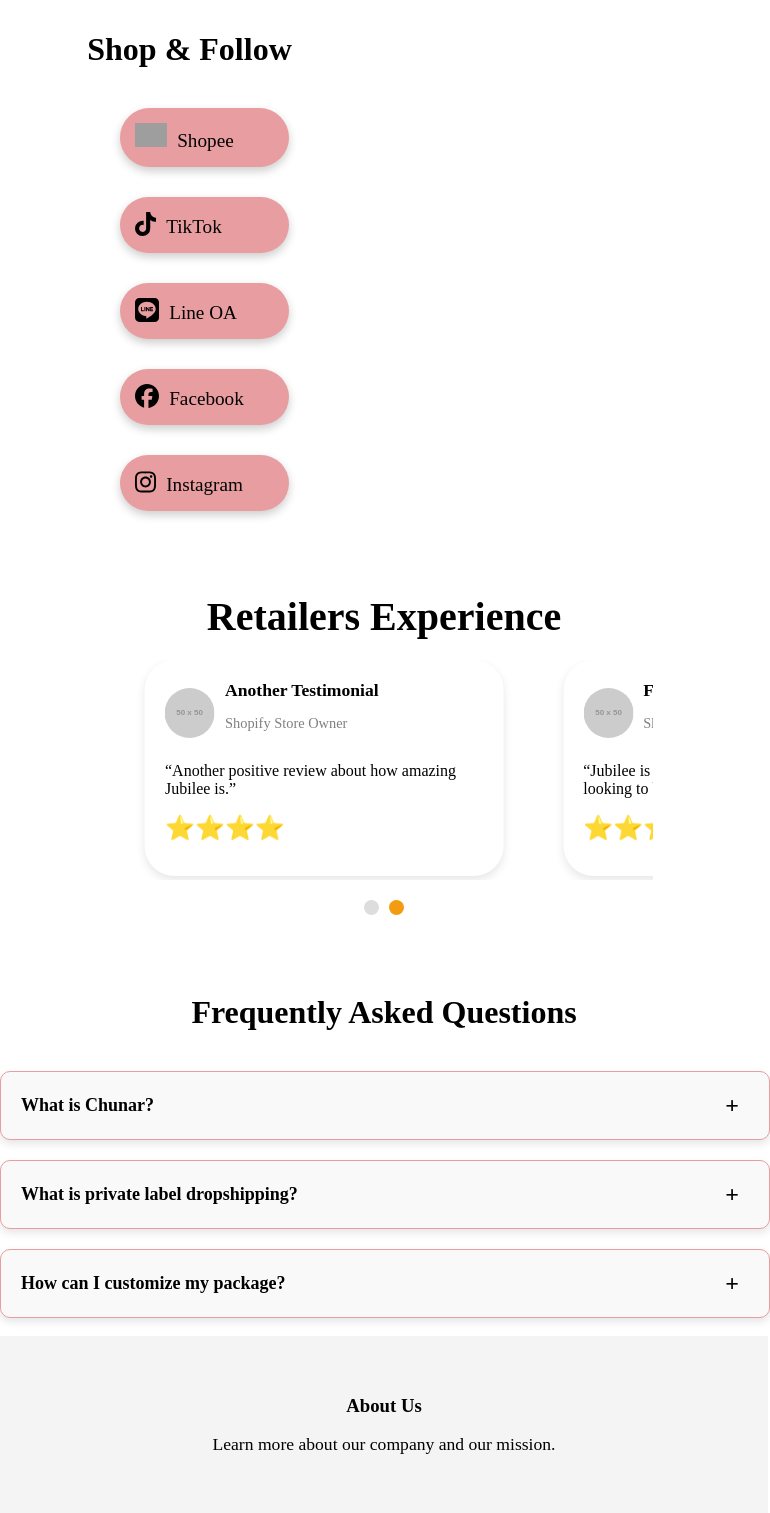
Repository: Nn-Exe/chunar-ecommerce
Page: / (app in ecommerce-frontend/)
The author's editor kept a copy of each file at every save. The page is drawn from the files as they stood at one save, then again after the next save.
The browser window is 768 px wide. The page is 770 px wide, so the pictures cover 770 px, including what lies to the right of the window. The pictures show the part of the page from y = 1637 to 3150 px (the page is 3150 px tall).
Pictures or frames that could not be fetched are drawn as grey boxes. The page's requests for data from a server got no answer. The project was rebuilt for these pictures with package versions that can differ from the ones it lists, and the page was loaded fresh each time. No one was signed in, and anything a server would have sent is missing.

Above is the page before, as saved 2024-09-12 17:57:46.

### ecommerce-frontend/public/index.html
<!DOCTYPE html>
<html lang="en">
  <head>

    <!-- <meta name="viewport" content="width=device-width, initial-scale=1, shrink-to-fit=no"> -->
    <meta charset="utf-8" />
    <link rel="icon" href="%PUBLIC_URL%/favicon.ico" />
    <meta name="viewport" content="width=device-width, initial-scale=1" />
    <meta name="theme-color" content="#000000" />
    <meta
      name="description"
      content="Web site created using create-react-app"
    />
    <link rel="apple-touch-icon" href="%PUBLIC_URL%/logo192.png" />
    <!--
      manifest.json provides metadata used when your web app is installed on a
      user's mobile device or desktop. See https://developers.google.com/web/fundamentals/web-app-manifest/
    -->
    <link rel="manifest" href="%PUBLIC_URL%/manifest.json" />
    <!--
      Notice the use of %PUBLIC_URL% in the tags above.
      It will be replaced with the URL of the `public` folder during the build.
      Only files inside the `public` folder can be referenced from the HTML.

      Unlike "/favicon.ico" or "favicon.ico", "%PUBLIC_URL%/favicon.ico" will
      work correctly both with client-side routing and a non-root public URL.
      Learn how to configure a non-root public URL by running `npm run build`.
    -->
    <title>React App</title>
  </head>
  <body>
    <noscript>You need to enable JavaScript to run this app.</noscript>
    <div id="root"></div>
    <!--
      This HTML file is a template.
      If you open it directly in the browser, you will see an empty page.

      You can add webfonts, meta tags, or analytics to this file.
      The build step will place the bundled scripts into the <body> tag.

      To begin the development, run `npm start` or `yarn start`.
      To create a production bundle, use `npm run build` or `yarn build`.
    -->
  </body>
</html>

### ecommerce-frontend/src/App.js
import React, { useState, useEffect } from 'react';
import './App.css';
import { BrowserRouter as Router, Route, Routes } from 'react-router-dom';  // Importing React Router
import Navbar from './components/Navbar';  // Correct way to import default export
import HeroSection from './components/HeroSection';  // Correct way to import default export
import ProductList from './components/ProductList';  // Correct way to import default export
import Faq from './components/Faq';  // Import the Faq component from the components folder
import TestimonialCarousel from './components/TestimonialCarousel';
import VideoGridAndSocial from './components/VideoGridAndSocial';


// Home page component (the default view)
function Home({ products }) {
  return (
    <div className="home-page">
      {/* Hero Section */}
      <div className="hero-container">
        <HeroSection />
      </div>

      {/* Featured Products Section */}
      <section className="products-section">
        <div className="section-header">
          <h2>Featured Products</h2>
        </div>

        <div className="product-grid">
          <ProductList products={products} />
        </div>
      </section>

      <br />

      {/* FAQ Section */}

      <VideoGridAndSocial/>
      <TestimonialCarousel />
      <Faq />  {/* Using the imported Faq component */}

      {/* Add more sections here */}

      <br />

      <section className="about-section">
        <div className="about-content">
          <h3>About Us</h3>
          <p>Learn more about our company and our mission.</p>
        </div>
      </section>
    </div>
  );
}


function Contacts() {
  return <h2>Contacts Page</h2>;
}

// function SocialMedia() {
//   // External link can be opened using an anchor tag, so no need for a separate page.
//   window.location.href = "https://linktr.ee/chunar.co";  // Redirect to external social media page
//   return null;
// }

function App() {
  const [products, setProducts] = useState([]);

  useEffect(() => {
    fetch('http://localhost:5000/api/products')
      .then((response) => response.json())
      .then((data) => setProducts(data))
      .catch((error) => console.error('Error fetching products:', error));
  }, []);

  return (
    <Router>
      <div className="App">
        <header className="App-header">
          <h1>Chunar.Co</h1>
          <Navbar />
        </header>

        <Routes>
          {/* Home page route */}
          <Route path="/" element={<Home products={products} />} />

          {/* Other pages */}
          {/* <Route path="/SocialMedia" element={<SocialMedia />} /> */}
          <Route path="/contacts" element={<Contacts />} />

          {/* Redirect to external social media link
          <Route path="/social-media" element={<SocialMedia />} /> */}
        </Routes>
      </div>
    </Router>
  );
}

export default App;

### ecommerce-frontend/src/App.css
/* Global for entire app */

* {
  font-family: 'Times New Roman', Times, serif;
}



/* .border-pink-pastel {
  --border: #f9a8d4;
} */


/* ------------- Main Structure ------------ */

.App-header {
  background-color: white;
  color: black;
  padding: 20px;
  text-align: center;
}

nav ul {
  list-style-type: none;
  padding: 0;
  margin: 0;
  display: flex;
  justify-content: center;
  gap: 20px;
}

nav ul li a {
  color: black;
  text-decoration: none;
  font-size: 16px;
}

.hero {
  position: relative;
  text-align: center;
}

.hero-banner {
  width: 100%;
  height: 700px;
  object-fit: cover;
}

.hero-text {
  position: absolute;
  top: 50%;
  left: 50%;
  transform: translate(-50%, -50%);
  color: white;
  font-size: 24px;
  font-weight: bold;
}

.products {
  padding: 40px;
  text-align: center;
}

.product-list {
  display: grid;
  grid-template-columns: repeat(5, 1fr);
  gap: 20px;
}

.product-card {
  border: 1px solid #ddd;
  padding: 20px;
  text-align: center;
  transition: transform 0.3s;
  border-radius: 20px;
  border-color: #e89ea1;
}

.product-card img {
  max-width: 100%;
  height: auto;
  margin-bottom: 10px;
}

.product-card:hover {
  transform: scale(1.05);
}


.product-card img {
  width: 200px;
  height: 200px;
  object-fit: cover;   /* Ensures the image covers the given area */
  border-radius: 10px; /* Optional: adds rounded corners */
}



/* ----------- Home Div -------------- */

/* App.css */

.home-page {
  display: flex;
  flex-direction: column;
  align-items: center;
}

/* Hero Section */
.hero-container {
  width: 100%;
  margin-bottom: 20px;
}

/* Products Section */
.products-section {
  width: 80%;
  margin: 0 auto;
}

.section-header h2 {
  text-align: center;
  font-size: 2rem;
  margin-bottom: 20px;
}

/* About Section */
.about-section {
  background-color: #f4f4f4;
  padding: 40px;
  width: -webkit-fill-available;
  text-align: center;
}

.about-section h3 {
  margin-bottom: 10px;
}

.about-section p {
  font-size: 1.1rem;
}


/* ----------- FAQ Section ---------------- */


/* Center the FAQ section */
.faq-section {
  max-width: 800px; /* Set a larger max-width for the entire FAQ section */
  width: 100%;      /* Ensure it takes up 100% of the available width */
  margin: 0 auto;   /* Center the FAQ section on the page */
  text-align: center;
}

/* Style the header separately */
.faq-section h2 {
  font-size: 32px;
  margin-bottom: 40px;
}

/* Grid layout for the FAQ items (excluding the header) */
.faq-items {
  display: grid;
  grid-template-columns: 1fr; /* One column layout */
  gap: 20px; /* Space between the FAQ items */
}

/* Style each FAQ item */
.faq-item {
  border: 1px solid #ddd;
  border-radius: 10px;
  width: 100%; /* Make the FAQ item take up 100% of the container */
  background-color: #f9f9f9;
  box-shadow: 0 4px 8px rgba(0, 0, 0, 0.1);
  transition: transform 0.5s ease-in-out, background-color 330ms ease-in-out, box-shadow 330ms ease-in-out;
  overflow: hidden; /* Ensure content is hidden initially */
  border-color: #e89ea1;
}

/* Box hover effect */
.faq-item:hover {
  box-shadow: 0 6px 12px rgba(0, 0, 0, 0.1);
  background-color: #f1f1f1;
}

/* Active FAQ item */
.faq-item.active {
  background-color: #ececec;
}

/* Style the FAQ question (clickable area) */
.faq-question {
  padding: 20px;
  cursor: pointer;
  display: flex;
  justify-content: space-between;
  align-items: center;
  font-weight: bold;
  font-size: 18px;
  width: 100%; /* Full width for the question area */
  box-sizing: border-box;
}

/* Style the FAQ answer */
.faq-answer {
  padding: 0 20px;
  overflow: hidden;
  max-height: 0;
  opacity: 0;
  transition: max-height 0.5s ease, opacity 0.5s ease;
  width: 100%; /* Full width for the answer area */
  box-sizing: border-box;
}

/* When the FAQ item is active, show the answer with a smooth transition */
.faq-item.active .faq-answer {
  max-height: 500px;
  opacity: 1;
  padding-bottom: 20px;
}

/* Style the icon for toggling */
.icon {
  font-size: 24px;
  font-weight: bold;
  transition: transform 0.3s ease;
}

.faq-item.active .icon {
  transform: rotate(45deg);
}

/* -----------  TestimonialCarousel ------------- */


/* Style for the testimonial section */
.testimonial-section {
  text-align: center;
  /* max-width: 800px; */
  margin: 0 auto;
  padding: 50px 0;
  padding-bottom: 3rem;
  padding-top: 3rem;
  width: 70%
}

.testimonial-section h2 {
  font-size: 2.5rem;
  margin-bottom: 20px;
}

/* Carousel container */
.carousel {
  display: flex;
  overflow: hidden;
  max-width: 100%; /* Ensure full width */
  margin: 0 auto;
}

.carousel-inner {
  display: flex;
  transition: transform 0.5s ease-in-out;
  width: calc(200% * 2); /* Width for two testimonials per slide */
}

/* Each card wrapper for two cards per slide */
.testimonial-card-wrapper {
  display: flex;
  flex: 0 0 50%; /* Each card takes 50% of the slide width */
  box-sizing: border-box;
  padding: 0 10px;
}

/* Testimonial card styling */
.testimonial-card {
  background-color: #fff;
  padding: 20px;
  border-radius: 30px;
  box-shadow: 0 4px 10px rgba(0, 0, 0, 0.1);
  text-align: left;
  margin: 0 auto;
  width: 80%;
  height: 80%;
  position: center;
  border-color: #e89ea1;
}

.profile {
  display: flex;
  align-items: center;
}

.profile img {
  border-radius: 50%;
  margin-right: 10px;
}

.profile-details h4 {
  font-size: 1.1rem;
  margin: 0;
}

.profile-details p {
  font-size: 0.9rem;
  color: gray;
}

.stars {
  font-size: 1.5rem;
  color: #f39c12;
  margin-top: 10px;
}

/* Navigation dots */
.dots {
  margin-top: 20px;
}

.dot {
  height: 15px;
  width: 15px;
  margin: 0 5px;
  background-color: #ddd;
  border-radius: 50%;
  display: inline-block;
  cursor: pointer;
}

.active {
  background-color: #f39c12;
}


/* --------------- VideoGrid -------------------- */

/* Container for the grid layout */
.grid-container {
  display: grid;
  grid-template-columns: 1.5fr 1fr 1fr 1fr; /* Large video, two small videos, social media */
  gap: 20px;
  max-width: 1000px; /* Increased max-width to accommodate 3 sections */
  margin: 0 auto;
}

/* Large video on the left */
.large-item {
  position: relative;
}

/* Small videos next to the large video */
.small-items {
  display: flex;
  flex-direction: column;
  gap: 20px;
  justify-content: space-between;
}

.small-item {
  position: relative;
}

.grid-video {
  width: 100%;
  border-radius: 10px;
  box-shadow: 0 4px 8px rgb(255, 255, 255);
}

.large-item .grid-video {
  aspect-ratio: 9 / 16; /* 9:16 aspect ratio for the large video */
}

.small-item .grid-video {
  aspect-ratio: 3 / 4; /* 3:4 aspect ratio for the small videos */
}

/* Social Media links styling */
.social-media {
  display: flex;
  flex-direction: column;
  justify-content: center;
  align-items: center;
}

.social-media h1 {
  margin-bottom: 20px;
}

.links-container {
  display: flex;
  flex-direction: column;
  gap: 20px;
}

.link-block {
  display: flex;
  align-items: center;
  justify-content: center;
  padding: 15px;
  width: 80%;
  background-color: #e89ea1;
  color: black;
  font-size: 1.2rem;
  text-decoration: none;
  border-radius: 30px;
  box-shadow: 0 4px 10px rgba(0, 0, 0, 0.2);
  transition: background-color 0.3s, transform 0.3s;
}

.link-block:hover {
  background-color: #f06d73;
  transform: scale(1.02);
}

.icon-image {
  margin-right: 10px;
  height: 24px;
}

.icon {
  margin-right: 10px;
  font-size: 24px;
}

/* --------------- Mobile ---------------------------- */

@media (max-width: 768px) {
  /* Mobile Styles */

  .App-header {
    background-color: white;
    color: black;
    padding: 10px;
    text-align: center;
    width: 100%; /* Ensure the header takes up the full width */
    box-sizing: border-box; /* Ensure padding doesn't affect width */
    margin: 0 auto; /* Center the content inside */
  }

  nav ul {
    flex-direction: row; /* Stack items vertically on mobile */
    gap: 10px;
  }

  nav ul li a {
    font-size: 12px; /* Reduce font size for mobile */
  }

  .hero-banner {
    height: 150px; /* Reduce the height for mobile */
    object-fit: cover; /* Ensures the image scales properly */
  }
  .products {
    padding: 20px; /* Maintain smaller padding for mobile */
  }

  .product-list {
    grid-template-columns: repeat(2, 1fr); /* 2 products per row on mobile */
    gap: 15px;
  }

  .product-card {
    min-height: 240px; /* Reduced min-height to make the cards more compact */
    padding: 10px; /* Slightly reduced padding */
    box-sizing: border-box; /* Ensure padding is included in the total size */
    display: flex;
    flex-direction: column;
    justify-content: space-between; /* Ensures content is aligned properly */
  }

  .product-card img {
    height: 100px; /* Reduced image height to fit within the smaller product card */
    width: auto;
    object-fit: cover; /* Maintain aspect ratio */
  }

  .product-card p {
    margin-top: 8px; /* Slightly reduced margin */
    word-wrap: break-word; /* Ensure long text wraps correctly */
  }

  /* Adjust the layout to two columns for large video and image */
  .grid-container {
    display: grid;
    grid-template-columns: 1fr 1fr; /* Two columns: large video on the left, image on the right */
    gap: 10px;
    max-width: 100%; /* Full width for mobile */
    margin: 0 auto;
  }

  /* Large video on the left */
  .large-item {
    grid-column: 1 / 2;
    display: flex; /* Apply flexbox */
    justify-content: center; /* Center horizontally */
    align-items: center; /* Center vertically */
    padding-left: 5px;
    transform: scale(1.02); /* Increase size by 5% */
  }

  .image-item img[alt="Image 1"] {
    display: none; /* Hide the image with alt="Image 1" */
  }

  /* Image on the right, next to large video */
  .image-item {
    grid-column: 2 / 3;
    display: flex;
    justify-content: center;
    align-items: center;
  }

  .image-item img {
    width: 85%; /* Ensure the image takes up the full column */
    height: auto; /* Keep aspect ratio */
    object-fit: cover;
  }

  /* Small videos paired with social media links below */
  .small-items {
    grid-column: 1 / -1; /* Span across both columns */
    display: grid;
    grid-template-columns: 1fr 1fr; /* Two columns: small video and social media link */
    gap: 10px;
    margin-top: 20px;
    justify-content: center; /* Center horizontally */
    align-items: center; /* Center vertically */
    padding-left: 5px;
    padding-right: 5px;
  }

  .small-item {
    display: flex;
    justify-content: center;
    align-items: center;
  }

  .small-item .grid-video {
    height: auto; /* Automatically adjusts the height based on the aspect ratio */
    width: 100%; /* Take up the full width of the container */
    aspect-ratio: 3 / 4; /* Maintain the 3:4 aspect ratio */
  }


  .link-block {
    grid-column: unset; /* Remove it from the grid columns */
    grid-row: unset; /* Remove it from the grid rows */
    display: block; /* Ensure it behaves independently of the grid */
    width: 100%; /* Full width of its container */
    margin-top: 20px; /* Add margin to separate from the grid items */
  }

  .links-container {
    display: flex; /* Use flexbox to handle the layout */
    flex-wrap: wrap; /* Allow the link blocks to wrap into multiple lines */
    justify-content: center; /* Center the link blocks */
    gap: 10px; /* Space between each link block */
  }

}

### ecommerce-frontend/src/components/Navbar.js
import React from 'react';
import { Link } from 'react-router-dom';

function Navbar() {
  return (
    <nav>
      <ul>
        <li><Link to="/">Home</Link></li>  {/* Links to the home page */}
        <li><Link to="/SocialMedia">Social Media</Link></li>  {/* Links to the live page */}
        {/* <li><a href="https://linktr.ee/chunar.co" target="_blank" rel="noopener noreferrer">Social Media</a></li> Opens external link in new tab */}
        <li><Link to="/contacts">Contacts</Link></li>  {/* Links to the contacts page */}
      </ul>
    </nav>
  );
}

export default Navbar;

### ecommerce-frontend/src/components/HeroSection.js
import React from 'react';

function HeroSection() {
  return (
    <section className="hero">
      <img src="https://raw.githubusercontent.com/Nn-Exe/chunar-images/master/banner/chunar%20banner.png" alt="Banner" className="hero-banner" />
      <div className="hero-text">
        {/* <h2>Three things cannot be long hidden: The Sun, The Moon, and The Truth.</h2> */}
      </div>
    </section>
  );
}

export default HeroSection;  // Ensure you have this line

### ecommerce-frontend/src/components/ProductList.js
import React from 'react';

function ProductList({ products }) {
  return (
    <div className="product-list">
      {products.length === 0 ? (
        <p>Loading products...</p>
      ) : (
        products.map((product) => (
          <div key={product.id} className="product-card">
              <img
                src={product.image}
                alt={product.name}
                className="product-image"
              />
            <h3>{product.name}</h3>
            <p>{product.description}</p>
            <p>{product.price} ฿</p>
          </div>
        ))
      )}
    </div>
  );
}

export default ProductList;

### ecommerce-frontend/src/components/Faq.js
import React, { useState } from 'react';

const Faq = () => {
  const [activeIndex, setActiveIndex] = useState(null);

  const toggleFaq = (index) => {
    setActiveIndex(activeIndex === index ? null : index);
  };

  return (
    <div className="faq-section">
      <h2>Frequently Asked Questions</h2>

      <div className="faq-items"> {/* Grid layout for the items */}
        <div className={`faq-item ${activeIndex === 0 ? 'active' : ''}`}>
          <div className="faq-question" onClick={() => toggleFaq(0)}>
            <span>What is Chunar?</span>
            <span className="icon">{activeIndex === 0 ? '-' : '+'}</span>
          </div>
          {activeIndex === 0 && (
            <div className="faq-answer">
              <p>Chunar is a dropshipping marketplace that lets you build your own cosmetic and skincare line with minimal upfront costs...</p>
            </div>
          )}
        </div>

        <div className={`faq-item ${activeIndex === 1 ? 'active' : ''}`}>
          <div className="faq-question" onClick={() => toggleFaq(1)}>
            <span>What is private label dropshipping?</span>
            <span className="icon">{activeIndex === 1 ? '-' : '+'}</span>
          </div>
          {activeIndex === 1 && (
            <div className="faq-answer">
              <p>Private label dropshipping allows you to sell products from suppliers with your own branding...</p>
            </div>
          )}
        </div>

        <div className={`faq-item ${activeIndex === 2 ? 'active' : ''}`}>
          <div className="faq-question" onClick={() => toggleFaq(2)}>
            <span>How can I customize my package?</span>
            <span className="icon">{activeIndex === 2 ? '-' : '+'}</span>
          </div>
          {activeIndex === 2 && (
            <div className="faq-answer">
              <p>Private labeling is a great way to showcase your brand...</p>
            </div>
          )}
        </div>
      </div>
    </div>
  );
};

export default Faq;

Loaded but not shown: ecommerce-frontend/src/index.js (common file); ecommerce-frontend/src/index.css (common file); ecommerce-frontend/src/reportWebVitals.js (common file); ecommerce-frontend/src/components/VideoGridAndSocial.js (143 lines, source omitted); ecommerce-frontend/src/components/TestimonialCarousel.js (97 lines, source omitted)

After the next save:
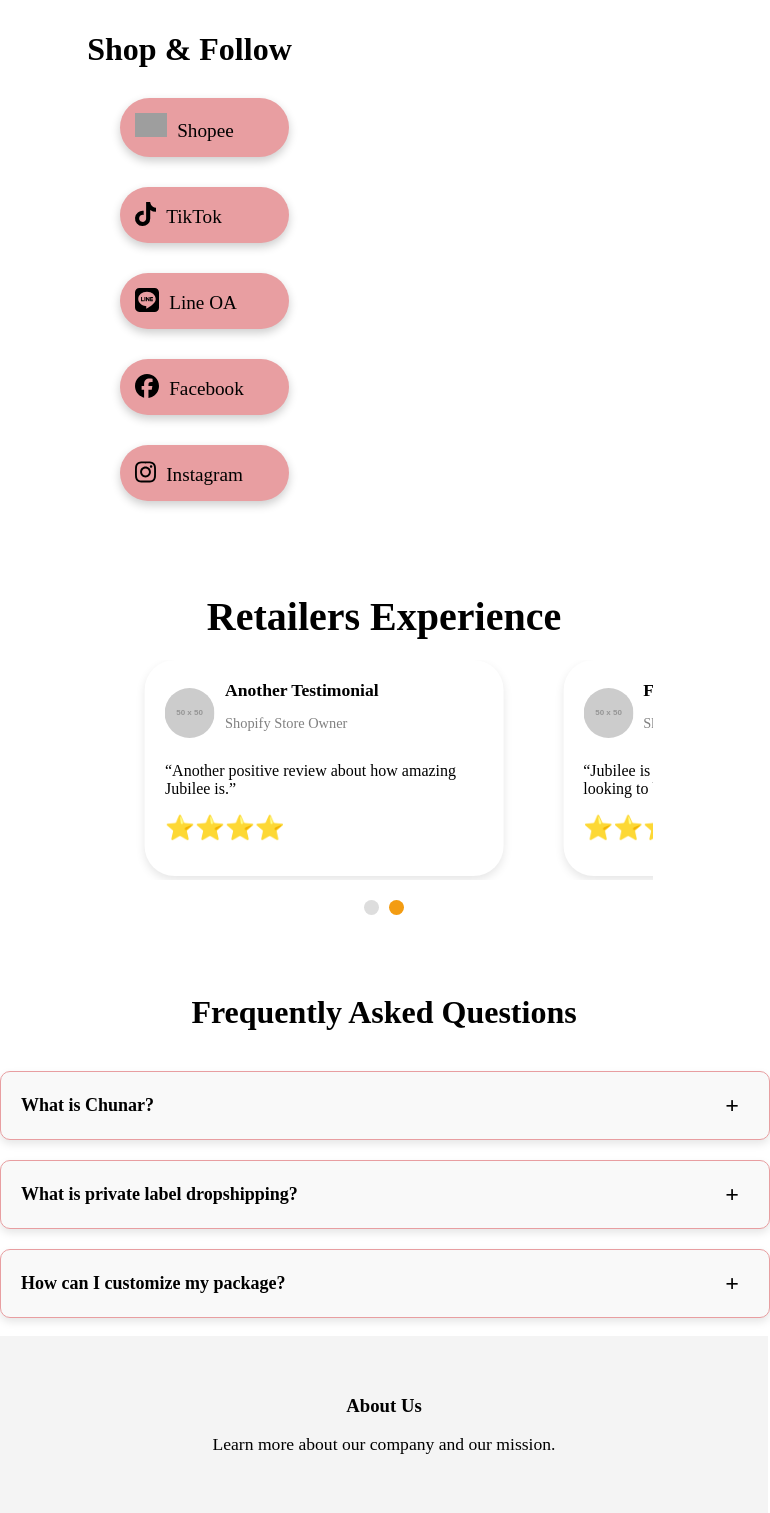
Saved 3 min 38 s later.
--- a/ecommerce-frontend/src/App.css
+++ b/ecommerce-frontend/src/App.css
@@ -542,18 +542,18 @@ nav ul li a {
 
 
   .link-block {
-    grid-column: unset; /* Remove it from the grid columns */
-    grid-row: unset; /* Remove it from the grid rows */
-    display: block; /* Ensure it behaves independently of the grid */
-    width: 100%; /* Full width of its container */
-    margin-top: 20px; /* Add margin to separate from the grid items */
+    grid-column: unset !important; /* Remove from grid column */
+    grid-row: unset !important; /* Remove from grid row */
+    display: block !important; /* Make it behave independently from the grid */
+    width: 100% !important; /* Full width on mobile */
+    margin: 10px 0 !important; /* Add margin for spacing */
   }
 
   .links-container {
-    display: flex; /* Use flexbox to handle the layout */
-    flex-wrap: wrap; /* Allow the link blocks to wrap into multiple lines */
-    justify-content: center; /* Center the link blocks */
-    gap: 10px; /* Space between each link block */
-  }
-
-}
+    display: flex !important; /* Use flexbox */
+    flex-wrap: wrap !important; /* Allow items to wrap */
+    justify-content: center !important; /* Center the link blocks */
+    gap: 10px !important; /* Add space between link blocks */
+  }
+
+}
